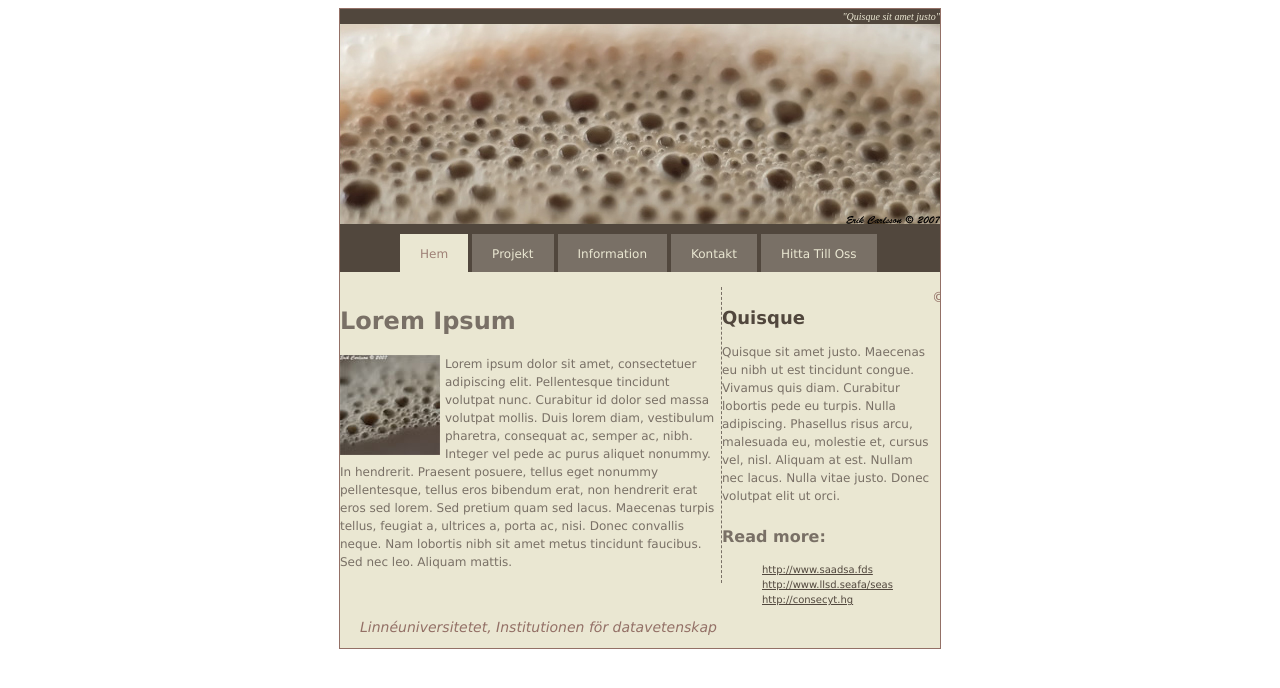
Repository: mh223ja/1ik415-js223mi-Uppgift-3-3
Page: index.html
The author's editor kept a record of every edit. The page is drawn from the files as they stood at one moment, then again after the next edit.
The browser window is 1280 px wide. The pictures show the whole page.

Above is the page before.

After the next edit:
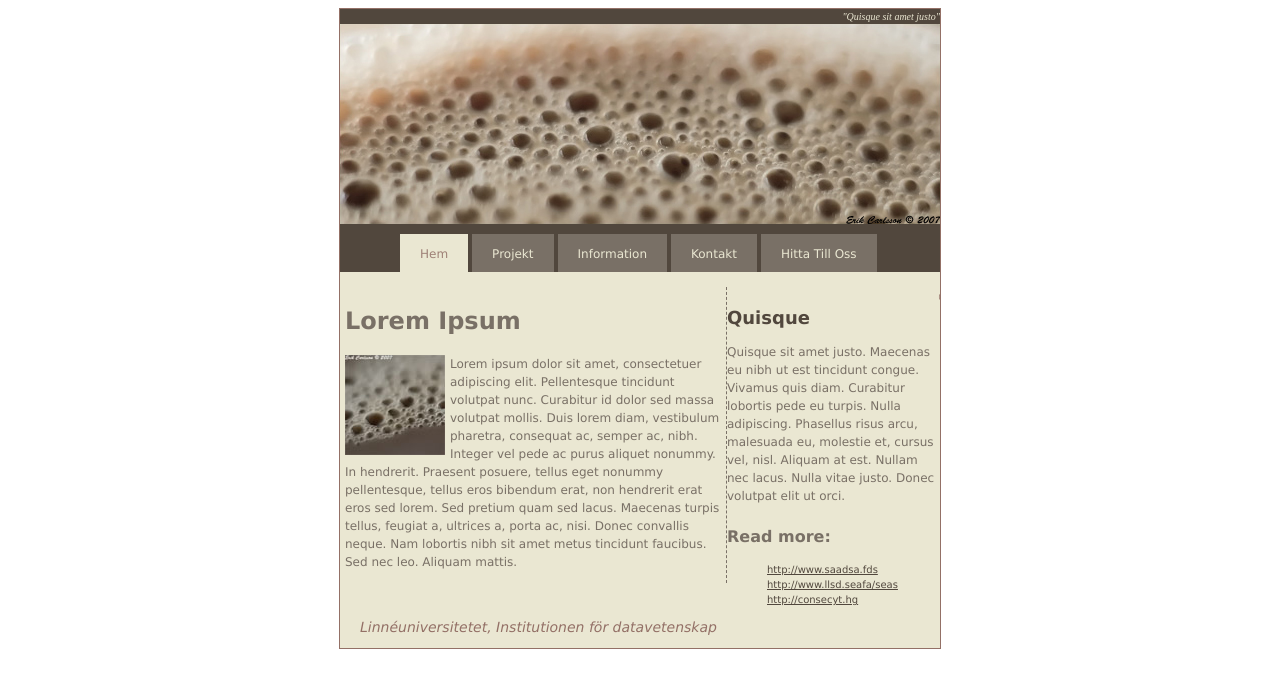
The edit:
--- a/css/basic.css
+++ b/css/basic.css
@@ -45,6 +45,7 @@
 	float: left;
 	background-color: #EAE7D2;
 	margin-left: 0;
+	padding-left: 5px;
 }
 
 #subcontent{
